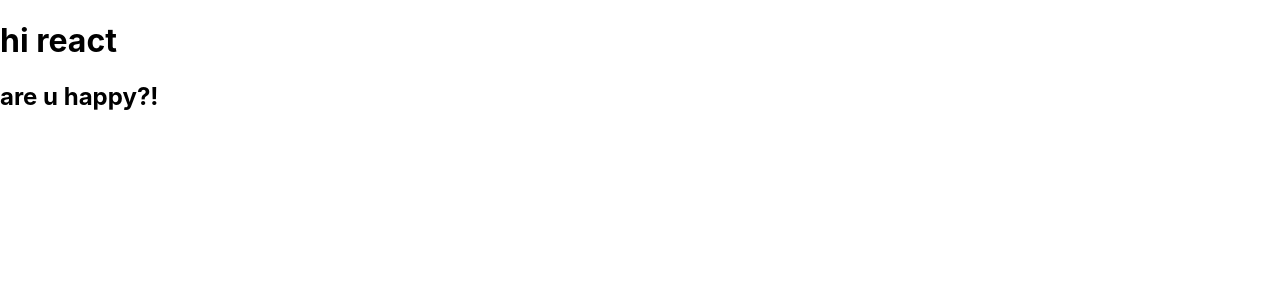
Repository: jongheonleee/hello_my_react
Page: /
The author's editor kept a copy of each file at every save. The page is drawn from the files as they stood at one save, then again after the next save.
The browser window is 1280 px wide. The pictures show the whole page.
The project was rebuilt for these pictures with package versions that can differ from the ones it lists, and the page was loaded fresh each time. Also part of the build but not shown: src/App.css.

Above is the page before, as saved 2024-09-01 01:39:28.

After the next save:
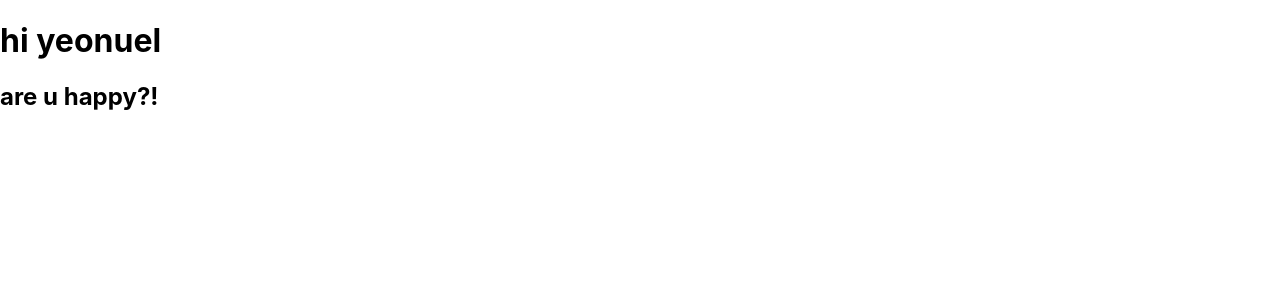
Saved 3 min 52 s later.
--- a/src/App.js
+++ b/src/App.js
@@ -3,9 +3,11 @@ import { Fragment } from 'react';
 import './App.css';
 
 function App() { // 컴포넌트 -> 1. 모습, 2. 기능, 컴포넌트를 기본 단위로 여러개 조합해서 사용 가능
+  const name = 'yeonuel';
+
   return ( // 반환하는 것은 문자열이 아닌 객체 -> 1. 모습, 2. 기능
     <Fragment>
-      <h1>hi react</h1>
+      <h1>hi {name}</h1>
       <h2>are u happy?!</h2>
     </Fragment>
   );
